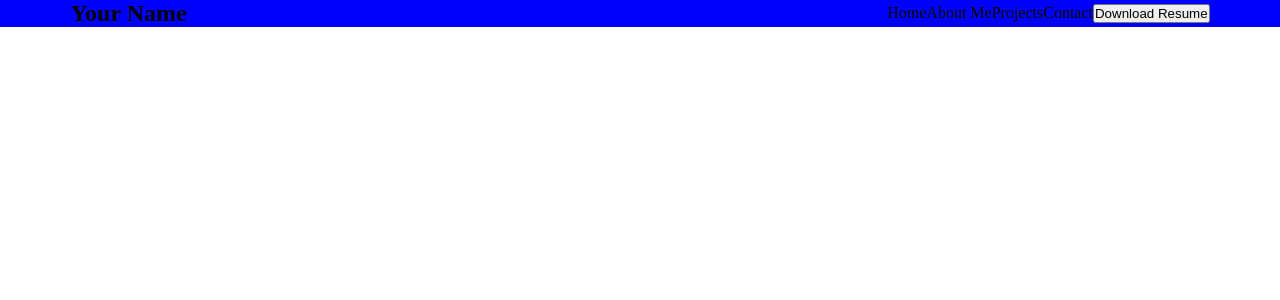
Repository: DevAntonioRogers/vanilla-portfolio
Page: index.html
These files come from the project's save history. The page is drawn as it stood at one moment and after the next save; the edit follows.
The browser window is 1280 px wide. The pictures show the whole page.

Above is the page before, as saved 2023-07-12 14:11:51.

After the next save:
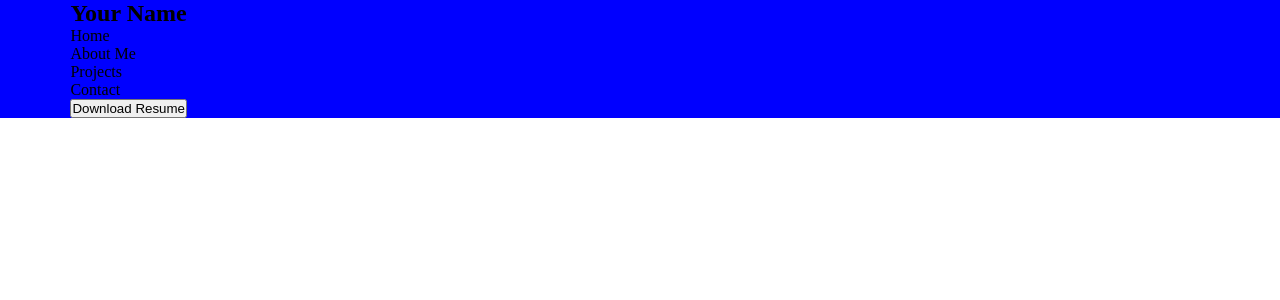
Saved 19 s later.
--- a/index.html
+++ b/index.html
@@ -8,7 +8,7 @@
   </head>
   <body>
     <nav>
-      <div class="container nav">
+      <div class="container navbar">
         <a href="/" aria-label="Home"> <h1>Your Name</h1></a>
         <ul>
           <li>

After the save that followed:
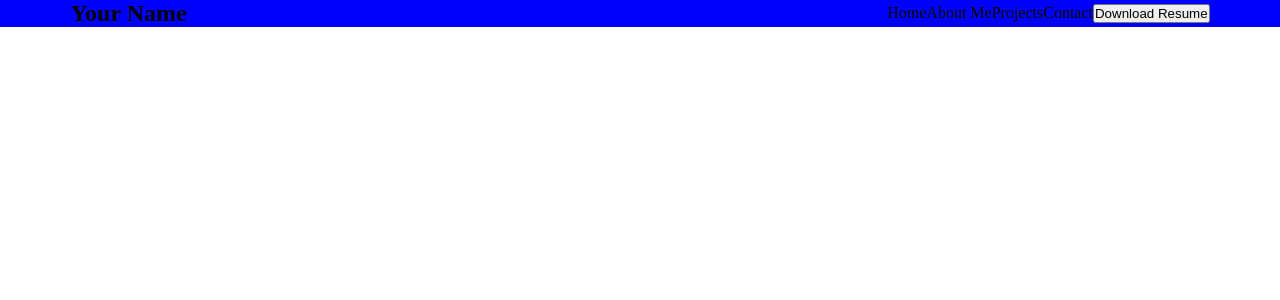
Saved 9 s later.
--- a/style.css
+++ b/style.css
@@ -22,12 +22,12 @@ nav {
   background-color: blue;
 }
 
-.nav {
+.navbar {
   display: flex;
   justify-content: space-between;
   align-items: center;
 }
 
-.nav ul {
+.navbar ul {
   display: flex;
 }
